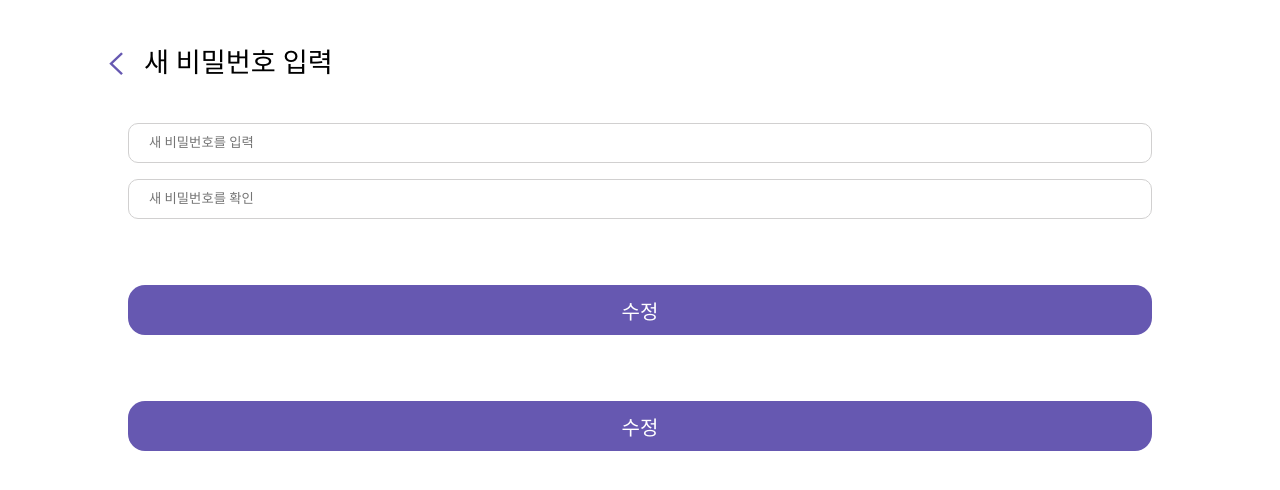
Repository: PEPI-dev/UI
Page: edit_profile/edit_pw.html
An editor plug-in stored every save of this project. The page is shown before and after the next save, followed by the edit.
The browser window is 1280 px wide. The pictures show the whole page.
Some web fonts or font styles are not loaded; a fallback is used.

Above is the page before, as saved 2023-12-05 17:21:37.

After the next save:
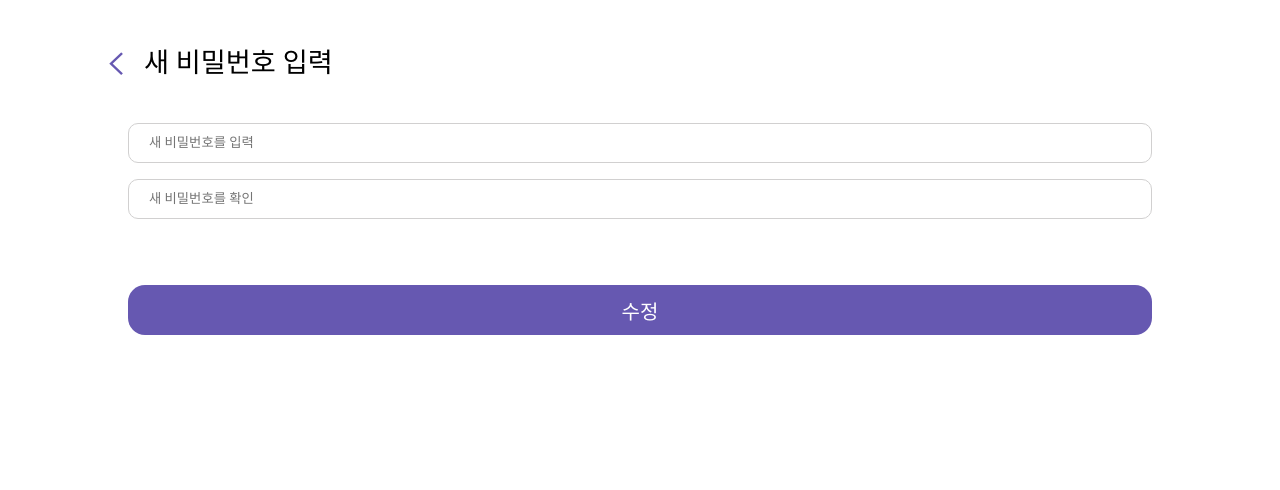
Saved 4 s later.
--- a/edit_profile/edit_pw.html
+++ b/edit_profile/edit_pw.html
@@ -32,10 +32,6 @@
             <button class="purple button" id="edit"maxlength="15">수정</button>
         </p>
 
-
-
-        <button class="purple button" id="edit">수정</button>
-
     </div>
         </form>
 
